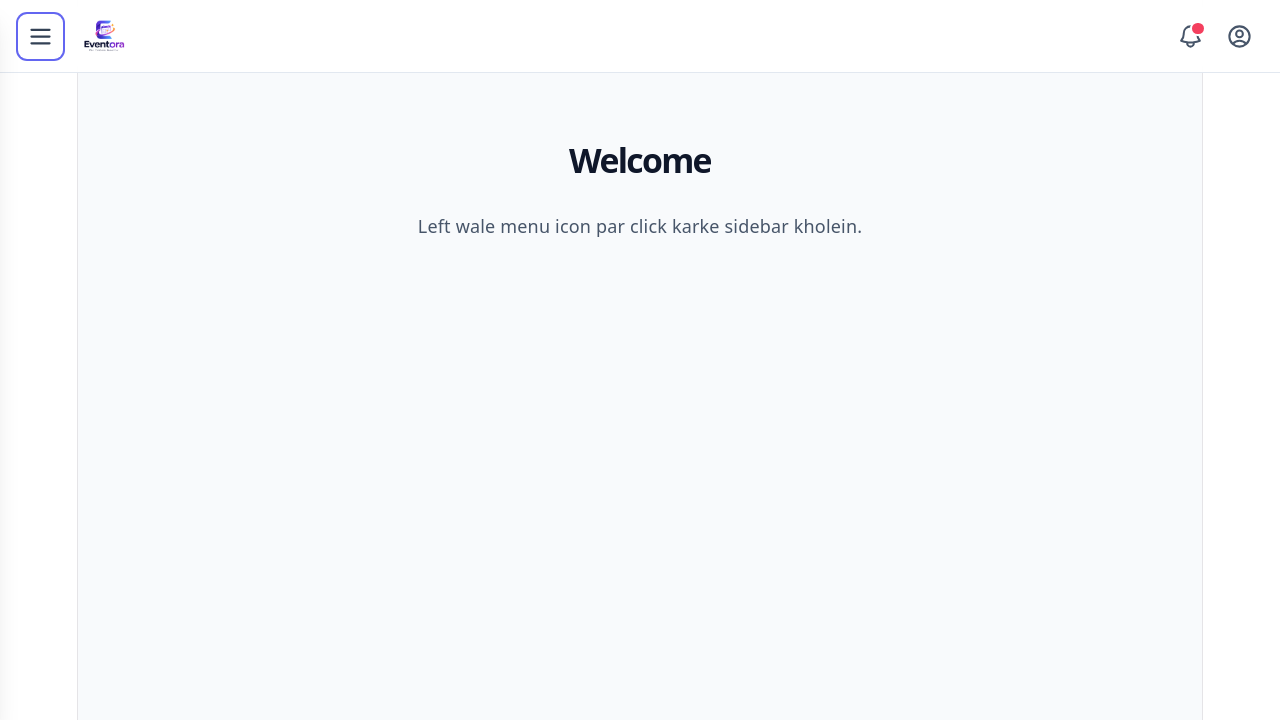
Repository: piyush-2416/Events_Handler
Page: / (app in frontend/)
An editor plug-in stored every save of this project. The page is shown before and after the next save, followed by the edit.
The browser window is 1280 px wide. The pictures show the whole page.
Some web libraries are served in a nearby version. The project was rebuilt for these pictures with package versions that can differ from the ones it lists, and the page was loaded fresh each time. Also part of the build but not shown: frontend/vite.config.js.

Above is the page before, as saved 2026-10-06 23:02:57.

### frontend/index.html
<!doctype html>
<html lang="en">
  <head>
    <meta charset="UTF-8" />
    <link rel="icon" type="image/svg+xml" href="/favicon.svg" />
    <meta name="viewport" content="width=device-width, initial-scale=1.0" />
    <title>frontend</title>
  </head>
  <body>
    <div id="root"></div>
        <script src="https://cdn.tailwindcss.com"></script>

    <script type="module" src="/src/main.jsx"></script>
  </body>
</html>

### frontend/src/index.css
:root {
  --text: #6b6375;
  --text-h: #08060d;
  --bg: #fff;
  --border: #e5e4e7;
  --code-bg: #f4f3ec;
  --accent: #aa3bff;
  --accent-bg: rgba(170, 59, 255, 0.1);
  --accent-border: rgba(170, 59, 255, 0.5);
  --social-bg: rgba(244, 243, 236, 0.5);
  --shadow:
    rgba(0, 0, 0, 0.1) 0 10px 15px -3px, rgba(0, 0, 0, 0.05) 0 4px 6px -2px;

  --sans: system-ui, 'Segoe UI', Roboto, sans-serif;
  --heading: system-ui, 'Segoe UI', Roboto, sans-serif;
  --mono: ui-monospace, Consolas, monospace;

  font: 18px/145% var(--sans);
  letter-spacing: 0.18px;
  color-scheme: light dark;
  color: var(--text);
  background: var(--bg);
  font-synthesis: none;
  text-rendering: optimizeLegibility;
  -webkit-font-smoothing: antialiased;
  -moz-osx-font-smoothing: grayscale;

  @media (max-width: 1024px) {
    font-size: 16px;
  }
}

@media (prefers-color-scheme: dark) {
  :root {
    --text: #9ca3af;
    --text-h: #f3f4f6;
    --bg: #16171d;
    --border: #2e303a;
    --code-bg: #1f2028;
    --accent: #c084fc;
    --accent-bg: rgba(192, 132, 252, 0.15);
    --accent-border: rgba(192, 132, 252, 0.5);
    --social-bg: rgba(47, 48, 58, 0.5);
    --shadow:
      rgba(0, 0, 0, 0.4) 0 10px 15px -3px, rgba(0, 0, 0, 0.25) 0 4px 6px -2px;
  }

  #social .button-icon {
    filter: invert(1) brightness(2);
  }
}

body {
  margin: 0;
}

#root {
  width: 1126px;
  max-width: 100%;
  margin: 0 auto;
  text-align: center;
  border-inline: 1px solid var(--border);
  min-height: 100svh;
  display: flex;
  flex-direction: column;
  box-sizing: border-box;
}

h1,
h2 {
  font-family: var(--heading);
  font-weight: 500;
  color: var(--text-h);
}

h1 {
  font-size: 56px;
  letter-spacing: -1.68px;
  margin: 32px 0;
  @media (max-width: 1024px) {
    font-size: 36px;
    margin: 20px 0;
  }
}
h2 {
  font-size: 24px;
  line-height: 118%;
  letter-spacing: -0.24px;
  margin: 0 0 8px;
  @media (max-width: 1024px) {
    font-size: 20px;
  }
}
p {
  margin: 0;
}

code,
.counter {
  font-family: var(--mono);
  display: inline-flex;
  border-radius: 4px;
  color: var(--text-h);
}

code {
  font-size: 15px;
  line-height: 135%;
  padding: 4px 8px;
  background: var(--code-bg);
}

### frontend/src/App.jsx
import { useEffect, useRef, useState } from "react";

const links = [
  { label: "Home", href: "#home" },
  { label: "Products", href: "#products" },
  { label: "Services", href: "#services" },
  { label: "About", href: "#about" },
  { label: "Contact", href: "#contact" },
];

export default function App() {
  const [open, setOpen] = useState(false);
  const sidebarRef = useRef(null);
  const toggleBtnRef = useRef(null);

  // Open hone par focus sidebar par, close hone par wapas button par
  useEffect(() => {
    if (open) {
      sidebarRef.current?.focus();
      document.body.style.overflow = "hidden"; // peeche ka scroll band
    } else {
      document.body.style.overflow = "";
      toggleBtnRef.current?.focus();
    }
    return () => {
      document.body.style.overflow = "";
    };
  }, [open]);

  // Esc dabane par close + Tab sidebar ke andar hi ghumega (focus trap)
  useEffect(() => {
    if (!open) return;
    const onKey = (e) => {
      if (e.key === "Escape") setOpen(false);
      if (e.key === "Tab" && sidebarRef.current) {
        const items = sidebarRef.current.querySelectorAll("a, button");
        if (!items.length) return;
        const first = items[0];
        const last = items[items.length - 1];
        if (e.shiftKey && document.activeElement === first) {
          e.preventDefault();
          last.focus();
        } else if (!e.shiftKey && document.activeElement === last) {
          e.preventDefault();
          first.focus();
        }
      }
    };
    document.addEventListener("keydown", onKey);
    return () => document.removeEventListener("keydown", onKey);
  }, [open]);

  return (
    <>
      {/* NAVBAR */}
      <header className="top-0 z-30 fixed inset-x-0 bg-white/90 backdrop-blur border-slate-200 border-b">
        <nav className="flex justify-between items-center mx-auto px-4 max-w-6xl h-16">
          <div className="flex items-center gap-3">
            <button
              ref={toggleBtnRef}
              onClick={() => setOpen(true)}
              aria-label="Open menu"
              aria-expanded={open}
              aria-controls="sidebar"
              className="hover:bg-slate-100 p-2 rounded-lg focus:outline-none focus-visible:ring-2 focus-visible:ring-indigo-500 text-slate-700"
            >
              <svg className="w-6 h-6" fill="none" stroke="currentColor" strokeWidth="2" viewBox="0 0 24 24">
                <path strokeLinecap="round" d="M4 6h16M4 12h16M4 18h16" />
              </svg>
            </button>
            <a href="#home" className="flex items-center">
              <img
                src="/Even_handler_Logo.png"
                alt="Eventora logo"
                className="w-auto h-12 object-contain"
              />
            </a>
          </div>

          {/* Right side: notification bell + user icon */}
          <div className="flex items-center gap-1">
            <button
              aria-label="Notifications"
              className="relative hover:bg-slate-100 p-2 rounded-full focus:outline-none focus-visible:ring-2 focus-visible:ring-indigo-500 text-slate-600"
            >
              <svg className="w-6 h-6" fill="none" stroke="currentColor" strokeWidth="1.8" viewBox="0 0 24 24">
                <path
                  strokeLinecap="round"
                  strokeLinejoin="round"
                  d="M14.857 17.082a23.848 23.848 0 0 0 5.454-1.31A8.967 8.967 0 0 1 18 9.75V9A6 6 0 0 0 6 9v.75a8.967 8.967 0 0 1-2.312 6.022c1.733.64 3.56 1.085 5.455 1.31m5.714 0a24.255 24.255 0 0 1-5.714 0m5.714 0a3 3 0 1 1-5.714 0"
                />
              </svg>
              {/* Unread dot: hatana ho to is span ko delete kar dein */}
              <span className="top-2 right-2 absolute bg-rose-500 rounded-full ring-2 ring-white w-2.5 h-2.5" />
            </button>

            <button
              aria-label="User profile"
              className="hover:bg-slate-100 p-2 rounded-full focus:outline-none focus-visible:ring-2 focus-visible:ring-indigo-500 text-slate-600"
            >
              <svg className="w-6 h-6" fill="none" stroke="currentColor" strokeWidth="1.8" viewBox="0 0 24 24">
                <path
                  strokeLinecap="round"
                  strokeLinejoin="round"
                  d="M17.982 18.725A7.488 7.488 0 0 0 12 15.75a7.488 7.488 0 0 0-5.982 2.975m11.963 0a9 9 0 1 0-11.963 0m11.963 0A8.966 8.966 0 0 1 12 21a8.966 8.966 0 0 1-5.982-2.275M15 9.75a3 3 0 1 1-6 0 3 3 0 0 1 6 0Z"
                />
              </svg>
            </button>
          </div>
        </nav>
      </header>

      {/* OVERLAY */}
      <div
        onClick={() => setOpen(false)}
        aria-hidden="true"
        className={`fixed inset-0 z-40 bg-slate-900/40 transition-opacity duration-300 ${
          open ? "opacity-100" : "pointer-events-none opacity-0"
        }`}
      />

      {/* SIDEBAR */}
      <aside
        id="sidebar"
        ref={sidebarRef}
        tabIndex={-1}
        role="dialog"
        aria-modal="true"
        aria-label="Sidebar menu"
        // inert: close hone par andar ke links tab se bhi focus nahi honge
        {...(!open && { inert: "" })}
        className={`fixed inset-y-0 left-0 z-50 flex w-72 max-w-[85%] flex-col bg-white shadow-xl outline-none transition-transform duration-300 ease-in-out ${
          open ? "translate-x-0" : "-translate-x-full"
        }`}
      >
        <div className="flex justify-between items-center px-4 border-slate-200 border-b h-16">
          <img
            src="/Even_handler_Logo.png"
            alt="Eventora logo"
            className="w-auto h-12 object-contain"
          />
          <button
            onClick={() => setOpen(false)}
            aria-label="Close menu"
            className="hover:bg-slate-100 p-2 rounded-lg focus:outline-none focus-visible:ring-2 focus-visible:ring-indigo-500 text-slate-600"
          >
            <svg className="w-6 h-6" fill="none" stroke="currentColor" strokeWidth="2" viewBox="0 0 24 24">
              <path strokeLinecap="round" d="M6 6l12 12M18 6L6 18" />
            </svg>
          </button>
        </div>

        <ul className="flex-1 space-y-1 p-3 overflow-y-auto">
          {links.map((l) => (
            <li key={l.href}>
              <a
                href={l.href}
                onClick={() => setOpen(false)}
                className="block hover:bg-indigo-50 focus:bg-indigo-50 px-3 py-2.5 rounded-lg focus:outline-none font-medium text-slate-700 hover:text-indigo-700 focus:text-indigo-700 text-sm"
              >
                {l.label}
              </a>
            </li>
          ))}
        </ul>

        <div className="p-4 border-slate-200 border-t">
          <a
            href="#contact"
            onClick={() => setOpen(false)}
            className="block bg-indigo-600 hover:bg-indigo-700 py-2.5 rounded-lg font-semibold text-white text-sm text-center"
          >
            Get started
          </a>
        </div>
      </aside>

      {/* Demo content (apne page se replace karein) */}
      <main className="bg-slate-50 px-4 pt-24 min-h-screen">
        <div className="mx-auto max-w-6xl">
          <h1 className="font-bold text-slate-900 text-3xl">Welcome</h1>
          <p className="mt-2 text-slate-600">Left wale menu icon par click karke sidebar kholein.</p>
        </div>
      </main>
    </>
  );
}

Loaded but not shown: frontend/src/main.jsx (common file)

After the next save:
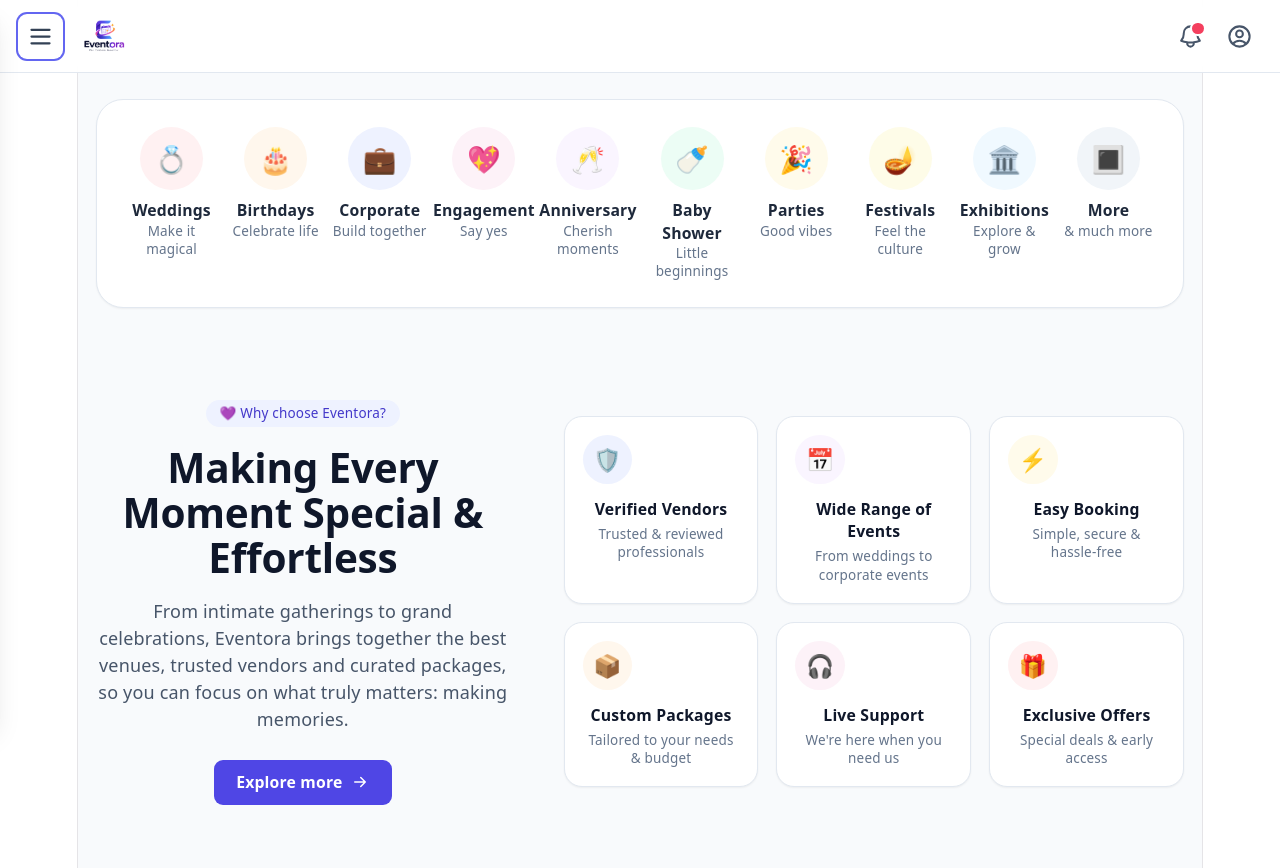
Saved 6 min 37 s later.
--- a/frontend/src/App.jsx
+++ b/frontend/src/App.jsx
@@ -7,6 +7,103 @@ const links = [
   { label: "About", href: "#about" },
   { label: "Contact", href: "#contact" },
 ];
+
+const categories = [
+  { name: "Weddings", sub: "Make it magical", icon: "💍", bg: "bg-rose-50" },
+  { name: "Birthdays", sub: "Celebrate life", icon: "🎂", bg: "bg-orange-50" },
+  { name: "Corporate", sub: "Build together", icon: "💼", bg: "bg-indigo-50" },
+  { name: "Engagement", sub: "Say yes", icon: "💖", bg: "bg-pink-50" },
+  { name: "Anniversary", sub: "Cherish moments", icon: "🥂", bg: "bg-purple-50" },
+  { name: "Baby Shower", sub: "Little beginnings", icon: "🍼", bg: "bg-emerald-50" },
+  { name: "Parties", sub: "Good vibes", icon: "🎉", bg: "bg-amber-50" },
+  { name: "Festivals", sub: "Feel the culture", icon: "🪔", bg: "bg-yellow-50" },
+  { name: "Exhibitions", sub: "Explore & grow", icon: "🏛️", bg: "bg-sky-50" },
+  { name: "More", sub: "& much more", icon: "🔳", bg: "bg-slate-100" },
+];
+
+const features = [
+  { title: "Verified Vendors", text: "Trusted & reviewed professionals", icon: "🛡️", bg: "bg-indigo-50" },
+  { title: "Wide Range of Events", text: "From weddings to corporate events", icon: "📅", bg: "bg-purple-50" },
+  { title: "Easy Booking", text: "Simple, secure & hassle-free", icon: "⚡", bg: "bg-amber-50" },
+  { title: "Custom Packages", text: "Tailored to your needs & budget", icon: "📦", bg: "bg-orange-50" },
+  { title: "Live Support", text: "We're here when you need us", icon: "🎧", bg: "bg-pink-50" },
+  { title: "Exclusive Offers", text: "Special deals & early access", icon: "🎁", bg: "bg-rose-50" },
+];
+
+/* ---------- EVENT CATEGORIES ---------- */
+function EventCategories() {
+  return (
+    <section className="px-4 py-6">
+      <div className="bg-white shadow-sm mx-auto p-4 sm:p-6 border border-slate-200 rounded-3xl max-w-6xl">
+        {/* Mobile: side scroll | Tablet: 5 columns | Desktop: 10 columns */}
+        <ul className="flex gap-4 sm:gap-x-2 sm:gap-y-6 sm:grid sm:grid-cols-5 lg:grid-cols-10 pb-2 sm:pb-0 sm:overflow-visible overflow-x-auto snap-x">
+          {categories.map((c) => (
+            <li key={c.name} className="snap-start shrink-0 sm:shrink">
+              <a
+                href={`#${c.name.toLowerCase().replace(/\s+/g, "-")}`}
+                className="group flex flex-col items-center focus:outline-none w-24 sm:w-auto text-center"
+              >
+                <span
+                  className={`flex h-14 w-14 items-center justify-center rounded-full text-2xl transition group-hover:scale-105 group-focus-visible:ring-2 group-focus-visible:ring-indigo-500 ${c.bg}`}
+                >
+                  {c.icon}
+                </span>
+                <span className="mt-2 font-semibold text-slate-800 text-sm">{c.name}</span>
+                <span className="text-slate-500 text-xs">{c.sub}</span>
+              </a>
+            </li>
+          ))}
+        </ul>
+      </div>
+    </section>
+  );
+}
+
+/* ---------- WHY CHOOSE US ---------- */
+function WhyChoose() {
+  return (
+    <section className="px-4 py-10 sm:py-14">
+      <div className="items-center gap-8 lg:gap-12 grid lg:grid-cols-[2fr_3fr] mx-auto max-w-6xl">
+        <div>
+          <p className="inline-flex items-center gap-1.5 bg-indigo-50 px-3 py-1 rounded-full font-medium text-indigo-700 text-xs">
+            💜 Why choose Eventora?
+          </p>
+          <h2 className="mt-4 font-bold text-slate-900 text-3xl sm:text-4xl leading-tight">
+            Making Every Moment Special &amp; Effortless
+          </h2>
+          <p className="mt-4 text-slate-600 text-sm sm:text-base leading-relaxed">
+            From intimate gatherings to grand celebrations, Eventora brings together the best venues,
+            trusted vendors and curated packages, so you can focus on what truly matters: making memories.
+          </p>
+          <a
+            href="#events"
+            className="inline-flex items-center gap-2 bg-indigo-600 hover:bg-indigo-700 mt-6 px-5 py-2.5 rounded-lg focus:outline-none focus-visible:ring-2 focus-visible:ring-indigo-500 focus-visible:ring-offset-2 font-semibold text-white text-sm"
+          >
+            Explore more
+            <svg className="w-4 h-4" fill="none" stroke="currentColor" strokeWidth="2" viewBox="0 0 24 24">
+              <path strokeLinecap="round" strokeLinejoin="round" d="M5 12h14m-6-6 6 6-6 6" />
+            </svg>
+          </a>
+        </div>
+
+        <div className="gap-3 sm:gap-4 grid grid-cols-2 sm:grid-cols-3">
+          {features.map((f) => (
+            <div
+              key={f.title}
+              className="bg-white shadow-sm hover:shadow-md p-4 border border-slate-200 rounded-2xl transition"
+            >
+              <span className={`flex h-11 w-11 items-center justify-center rounded-full text-xl ${f.bg}`}>
+                {f.icon}
+              </span>
+              <h3 className="mt-3 font-semibold text-slate-900 text-sm">{f.title}</h3>
+              <p className="mt-1 text-slate-500 text-xs leading-snug">{f.text}</p>
+            </div>
+          ))}
+        </div>
+      </div>
+    </section>
+  );
+}
 
 export default function App() {
   const [open, setOpen] = useState(false);
@@ -175,12 +272,10 @@ export default function App() {
         </div>
       </aside>
 
-      {/* Demo content (apne page se replace karein) */}
-      <main className="bg-slate-50 px-4 pt-24 min-h-screen">
-        <div className="mx-auto max-w-6xl">
-          <h1 className="font-bold text-slate-900 text-3xl">Welcome</h1>
-          <p className="mt-2 text-slate-600">Left wale menu icon par click karke sidebar kholein.</p>
-        </div>
+      {/* PAGE CONTENT */}
+      <main className="bg-slate-50 pt-16 min-h-screen">
+        <EventCategories />
+        <WhyChoose />
       </main>
     </>
   );
